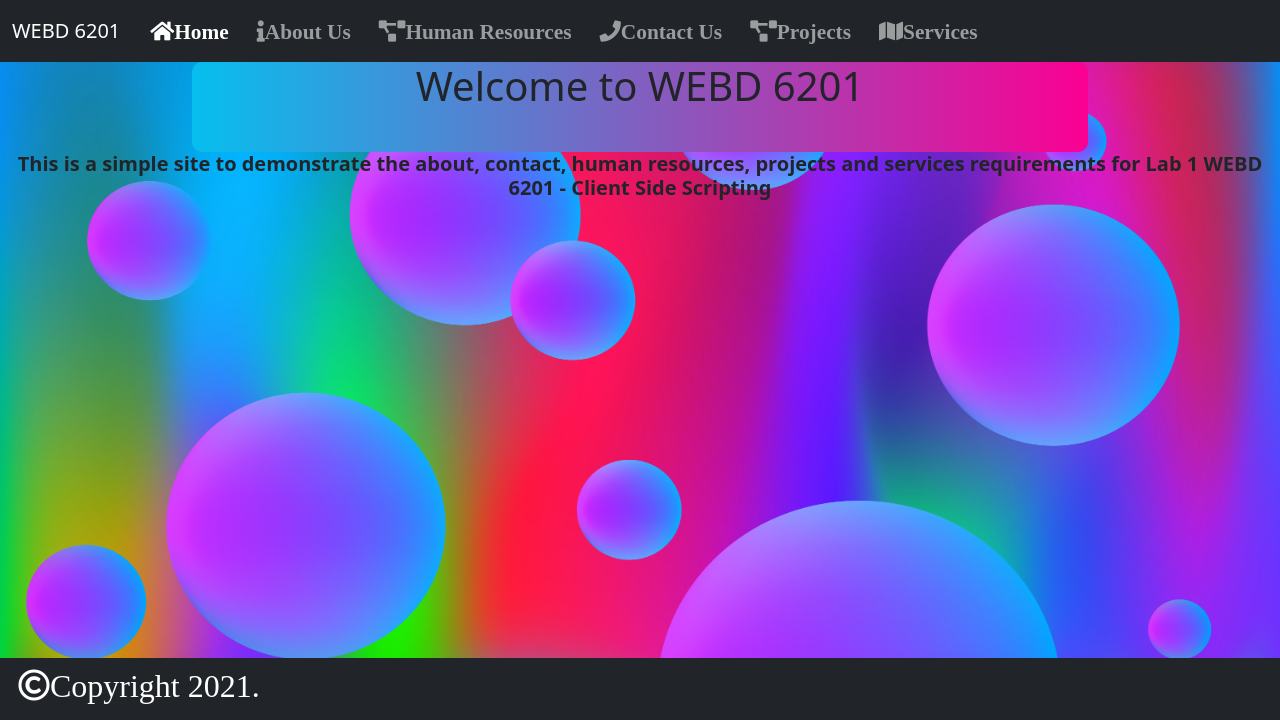
Repository: vans12345678/WEBD6201-W2021-Lab2
Page: index.html
These files come from the project's save history. The page is drawn as it stood at one moment and after the next save; the edit follows.
The browser window is 1280 px wide. The pictures show the whole page.

Above is the page before, as saved 2021-02-25 15:44:44.

### index.html
<!--Index.html
Name: Andre Agrippa, Michai Pryce
Date: 02/05/2021
-->
<!DOCTYPE html>
<html lang="en">
<head>
    <meta charset="UTF-8">
    <meta name="viewport" content="width=device-width, initial-scale=1.0">
    <title>Index</title>

    <!-- CSS Section -->
    <link rel="stylesheet" href="./node_modules/bootstrap/dist/css/bootstrap.min.css">
    <link rel="stylesheet" href="./node_modules/@fortawesome/fontawesome-free/css/all.min.css">
    <link rel="stylesheet" href="./Content/app.css">
</head>
<body class ="Vapor">
  <!-- Main Header -->
    <header>
      <!-- Main Navigation -->
        <nav class="navbar navbar-expand-lg navbar-dark bg-dark">
            <div class="container-fluid">
              <a id ="navHome" class="navbar-brand" href="index.html"></a>
              <button class="navbar-toggler" type="button" data-bs-toggle="collapse" data-bs-target="#navbarSupportedContent" aria-controls="navbarSupportedContent" aria-expanded="false" aria-label="Toggle navigation">
                <span class="navbar-toggler-icon"></span>
              </button>
              <div class="collapse navbar-collapse" id="navbarSupportedContent">
                <ul id = "ulNav" class="navbar-nav me-auto mb-2 mb-lg-0">
                  <li class="nav-item">
                    <a  class="nav-link active" aria-current="page" href="index.html"><i id ="navIndex"class = "fas fa-home fa-lg"></i></a>
                  </li>
                  <li class="nav-item" id ="navAbout">
                    <a  class="nav-link " aria-current="page" href="about.html"><i id ="navAboutItem"class = "fas fa-info fa-lg"></i></a>
                  </li>
                  <li class="nav-item">
                    <a  class="nav-link " aria-current="page" href="contact.html"><i id ="navContact"class = "fas fa-phone fa-lg"></i></a>
                  </li>
                  <li class="nav-item">
                    <a  class="nav-link" aria-current="page" href="projects.html"><i id ="navProjects" class ="fas fa-project-diagram fa-lg">Products</i></a>
                  </li>
                  <li class="nav-item">
                    <a  class="nav-link " aria-current="page" href="services.html"><i id ="navServices"class = "fas fa-map fa-lg"></i></a>
                  </li>
                  <li class="nav-item">
                    <a  class="nav-link " aria-current="page" href="login.html"><i id ="navLogin"class = "fas sign-in fa-lg"></i></a>
                  </li>
                </ul>
              </div>
            </div>
          </nav>
    </header>
  <!-- Main Contents -->
    <main>
        <h1 id = "indexTitle" class = "container text-center"></h1>
        <h2 id="indexParagraph" class="fs-5 fw-bold text-center"></h2>
    </main>
    <!-- Main Footer -->
    <footer>
        <nav class="navbar fixed-bottom navbar-dark bg-dark">
            <div class="container-fluid">
                <h4><i id = "footer" class="far fa-copyright fa-lg site-footer"></i></h4>
            </div>
          </nav>
    </footer>
    <!-- Script Section -->
    <script src="./node_modules/jquery/dist/jquery.min.js"></script>
    <script src="./node_modules/bootstrap/dist/js/bootstrap.bundle.min.js"></script>
    <script src="./Scripts/app.js"></script>
</body>
</html>

### Content/app.css
/* custom css goes here */
.Vapor {
    background-image: url('../images/vapor.jpg');
    background-repeat: no-repeat;
    background-attachment: fixed;
    background-size: 100% 100%;
  }
  a {
    color: greenyellow;
  }
  .textFont
  {
    font-family: Arial, Helvetica, sans-serif;
    line-height: 32px;
  }
  body
  {
    background-color: rgb(90, 90, 90);
  }
  h1.container{
    border-radius: 10px;
    width: 70%;
    height: 90px;
    margin: 0px auto;
    background: linear-gradient(90deg,#06bfee,#fb0093)
  }
  h1.projects{
    background-color: white;
  }
  .contact-table{
    width: 100%;
    margin:  50px auto;
    background-color: white;
  }
  .contact-form
  {
    width: 100%;
    margin:  100px auto;
  }
  .warnMessage
  {
    width: 90%;
    margin:  50px;
  }
  .site-footer {
    color:white;
  }
  .formMargin
  {
    margin: 35px 70px;
  }
  .inputMargin
  {
    margin: 5px 10px;
  }

  .fromBackground
  {
    background-color: #5a5a5aa1;
    border: 5px solid rgb(0, 238, 255);

  }
  i{
    margin:7px 6px;
  }

### Scripts/app.js
/************************************************************
 * Name: Andre Agrippa, Michai Pryce
 * Date: 01/20/2021
 * Description: This file adds functionality to the Home,
 * About Us, Human Resources, Contact Us, Projects and Services
 * pages.
 * Date Completed:
 */

"use strict";


(function(){

    /**
     * Display Nav bar function to display nav and footer
     */
    function DisplayNav()
    {
        let navTextElement = document.getElementById("navHome").textContent = "WEBD 6201";
        navTextElement = document.getElementById("navIndex").textContent = "Home";
        navTextElement = document.getElementById("navAboutItem").textContent = "About Us";

        let navAboutElement = document.getElementById("navAbout");
        let hrListItem = document.createElement("li");
        hrListItem.setAttribute("id", "liHumanResources");
        hrListItem.setAttribute("class", "nav-item");
        let navbar = document.getElementById("ulNav").appendChild(hrListItem);
        hrListItem.innerHTML = `<a class="nav-link" aria-current="page" href="human-resources.html">
        <i id ="navHumanResources" class ="fas fa-project-diagram fa-lg">Human Resources</i></a>`;
        if(document.title === "Human Resources"){
            hrListItem.innerHTML = `<a class="nav-link active" aria-current="page" href="human-resources.html">
            <i id ="navHumanResources" class ="fas fa-project-diagram fa-lg">Human Resources</i></a>`;
        }

        navAboutElement.after(hrListItem);

        navTextElement = document.getElementById("navContact").textContent = "Contact Us";
        navTextElement = document.getElementById("navProjects").textContent = "Projects";
        navTextElement = document.getElementById("navServices").textContent = "Services";
        navTextElement = document.getElementById("footer").textContent = "Copyright 2021.";
    }

    /**
     * Display home to display index page
     */
    function displayHome()
    {
        DisplayNav();
        let introText = "This is a simple site to demonstrate the about, contact, human resources, projects and services requirements for Lab 1 WEBD 6201 - Client Side Scripting";
        let titleText = "Welcome to WEBD 6201";

        let introTextElement = document.getElementById("indexTitle").textContent = titleText;
        introTextElement = document.getElementById("indexParagraph").textContent = introText;

    }
    /**
     * Display about to display about the creators
     */
    function displayAbout()
    {
        DisplayNav();

        //About Andre
        let aboutElement = document.getElementById("aboutTitle").textContent = "About Us";
        aboutElement = document.getElementById("aboutAText");
        aboutElement.innerHTML = `<h1>Andre Agrippa:</h1>
        <p class = "">I'm a 2nd year student at Durham College in the Computer Programming and Analysis program. I've been
        coding for several years now because I enjoy it and always looking to improve in this aspect.</p>
        <a class = "fa-lg" href="./resumes/andre_resume.pdf" download>Resume Download</a></br></br>
        <img src="./images/aa.jpg" alt="" style="width:500px;height:450px;">`;

        //About Michai
        aboutElement.innerHTML += `<h1>Michai Pryce:</h1>
        <p class = ""> Hello, I am in my final year in the Computer Programming Program at Durham College. I love
        to code and learn about the evergrowing advancements in technology. This is the demonstration for our first lab!
        </p>
        <a class = "fa-lg" href="./resumes/Copy_of_Resume.docx" download>Resume Download</a></br></br>
        <img src="./images/m.jpg" alt="" style="width:500px;height:450px;">`;

    }
    /**
     * Display top 3 projects page
     */
    function displayProjects()
    {
        DisplayNav();

        //Projects 1
        let projectsElement = document.getElementById("projectsTitle").textContent = "Projects";
        projectsElement = document.getElementById("projectsText").innerHTML =
        `<h3>Project One: COBOL Item List</h3>
        <p>This project reads records from a .dat file, performs calculations on the data then outputs it to a .out file neatly formatted.</p>
        <img src="./images/p1.png" alt="" style="width:800px;height:500px;">`;

        //Projects 2
        projectsElement = document.getElementById("projectsText").innerHTML +=
        `<h3>Project Two: C#, XAML, MDF  Preferred Shares and Common Shares</h3>
        <p>This project uses XAML for the windows form and a database to keep track of common and preferred shares.
        The database keeps track of how many shares(common/preferred) are  available and validation is applied.</p>
        <img src="./images/p2.png" alt="" style="width:800px;height:500px;">`;

        //Projects 3
        projectsElement = document.getElementById("projectsText").innerHTML +=
        `<h3>Project Three: ASP.NET and MVC Framework Animal Shelter</h3>
        <p>This project is a web application that keeps track of animals, owners, appointment and login info in a database.
        Relational database concepts are applied.</p>
        <img src="./images/p3.png" alt="" style="width:800px;height:500px;">`;

    }
    /**
     * Display top 3 services page
     */
    function displayServices()
    {
        DisplayNav();

        //Services 1
        let servicesElement = document.getElementById("servicesTitle").textContent = "Services";
        servicesElement = document.getElementById("servicesText").innerHTML =
        `<h3>Web Development:</h3>
        <p>We offer a variety of different web development (Front-end, Back-end, Databases). Languages (PHP, ASP.NET, JavaScript)</p>
        <img src="./images/s1.jpg" alt="" style="width:800px;height:500px;">`;

        //Services 2
        servicesElement = document.getElementById("servicesText").innerHTML +=
        `<h3>OOP Programming</h3>
        <p>We offer a variety of different Object Oriented Programming. We're experienced with C#, C++, Java etc.
        Whether it be windows forms applications, console applications GUI, etc.</p>
        <img src="./images/s2.png" alt="" style="width:800px;height:500px;">`;

        //Services 3
        servicesElement = document.getElementById("servicesText").innerHTML +=
        `<h3>Database Management System</h3>
        <p>It's been almost 3 years since we've had experience in database development. We've used software such as
        Microsoft SQL Server and PgAdmin4. Experienced with relational database concepts.</p>
        <img src="./images/s3.jpg" alt="" style="width:800px;height:500px;">`;


    }
    /**
     * Display contact form page
     */
    function displayContact()
    {
        DisplayNav();

        let messageArea = document.getElementById("messageArea");
        messageArea.hidden = true;

        //form validation
        let fullName = document.getElementById("fullName");
        fullName.addEventListener("blur", function()
        {
            if(fullName.value.length < 2)
            {
                fullName.focus();
                fullName.select();
                messageArea.hidden = false;
                messageArea.className = "alert alert-danger  ";
                messageArea.textContent = "Please enter an appropriate name > 2 characters";
            }
            else
            {
                messageArea.removeAttribute("class");
                messageArea.hidden = true;
            }
        });
            let sendButton = document.getElementById("sendButton");
            sendButton.addEventListener("click", function(event)
            {
                event.preventDefault();
                // //Displays twice?

                let contact = new Contact(fullName.value,contactNumber.value, emailAddress.value, shortMessage.value);

                console.log(contact.serialize());
                if(contact.serialize())
                {
                    localStorage.setItem((localStorage.length + 1).toString(),contact.serialize());

                    window.location.href = "index.html";
                }

            });

    }
    /**
     * Human resources page
     */
    function displayHumanResources()
    {
        DisplayNav();
    }
    function displayLogin()
    {
        DisplayNav();
    }
    function displayRegister()
    {
        DisplayNav();
    }

    /**
     * Start function, depending on document title will load specific page
     */
    function Start()
    {
        console.log("App Started...");

        //Based of title of html
        switch(document.title)
        {
            case "Index":
                displayHome();
                break;
            case "About Us":
                displayAbout();
                break;
            case "Projects":
                displayProjects();
                break;
            case "Services":
                displayServices();
                break;
            case "Contact Us":
                displayContact();
                break;
            case "Contact-List":
                displayContactList();
                break;
            case "Human Resources":
                displayHumanResources();
                break;
            case "Login":
                displayLogin();
                break;
            case "Register":
                displayRegister();
                break;
        }


    }

    window.addEventListener("load", Start);

})();

Loaded but not shown: node_modules/bootstrap/dist/css/bootstrap.min.css (library); node_modules/@fortawesome/fontawesome-free/css/all.min.css (library); node_modules/jquery/dist/jquery.min.js (library); node_modules/bootstrap/dist/js/bootstrap.bundle.min.js (library)

After the next save:
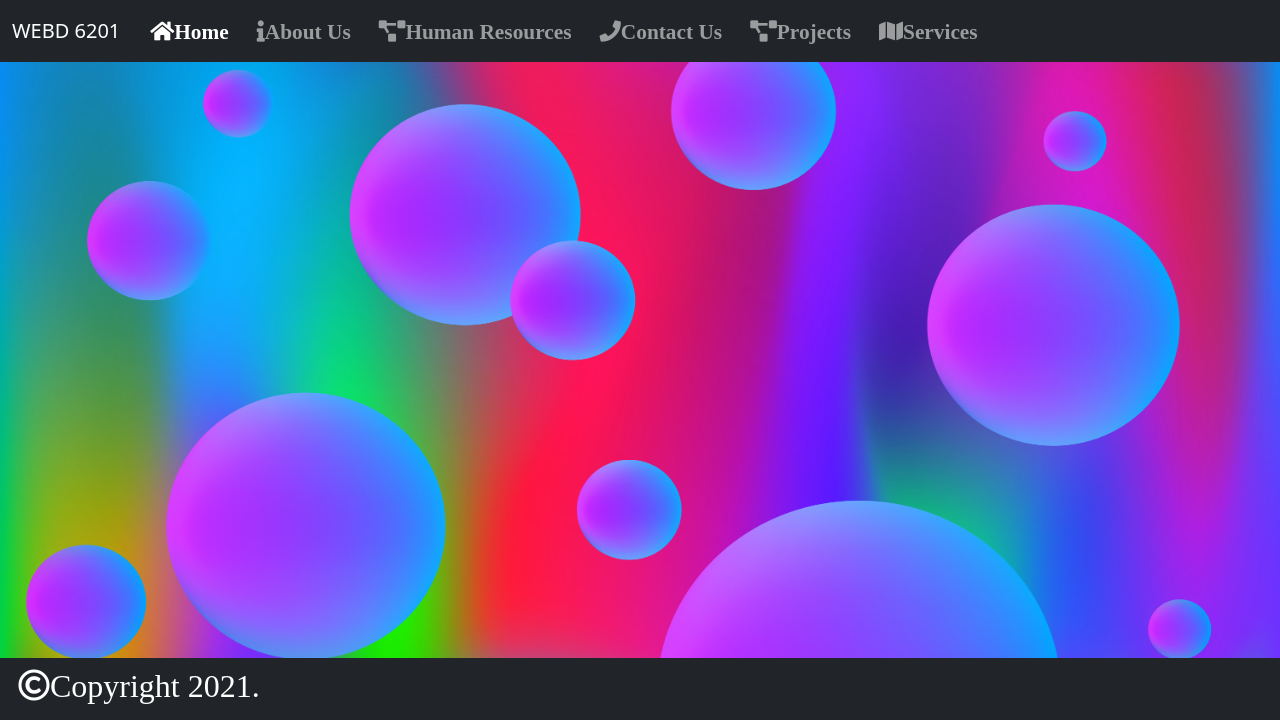
Console error: TypeError: Cannot set properties of null (setting 'textContent')
Saved 16 s later.
--- a/index.html
+++ b/index.html
@@ -42,7 +42,7 @@ Date: 02/05/2021
                     <a  class="nav-link " aria-current="page" href="services.html"><i id ="navServices"class = "fas fa-map fa-lg"></i></a>
                   </li>
                   <li class="nav-item">
-                    <a  class="nav-link " aria-current="page" href="login.html"><i id ="navLogin"class = "fas sign-in fa-lg"></i></a>
+                    <a  class="nav-link " aria-current="page" href="login.html"><i id ="navLogin"class = "fas sign-in></i></a>
                   </li>
                 </ul>
               </div>

After the save that followed:
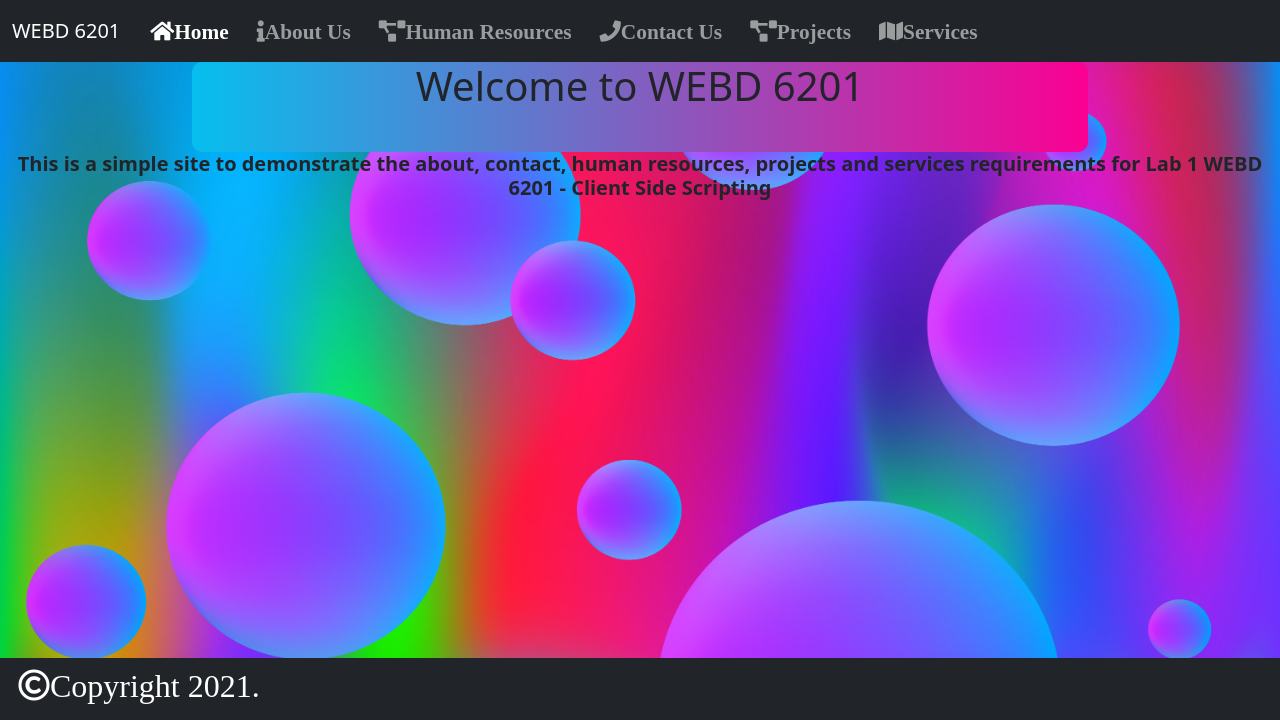
The error is gone.
Saved 4 s later.
--- a/index.html
+++ b/index.html
@@ -42,7 +42,7 @@ Date: 02/05/2021
                     <a  class="nav-link " aria-current="page" href="services.html"><i id ="navServices"class = "fas fa-map fa-lg"></i></a>
                   </li>
                   <li class="nav-item">
-                    <a  class="nav-link " aria-current="page" href="login.html"><i id ="navLogin"class = "fas sign-in></i></a>
+                    <a  class="nav-link " aria-current="page" href="login.html"><i id ="navLogin"class = "fas sign-in"></i></a>
                   </li>
                 </ul>
               </div>
